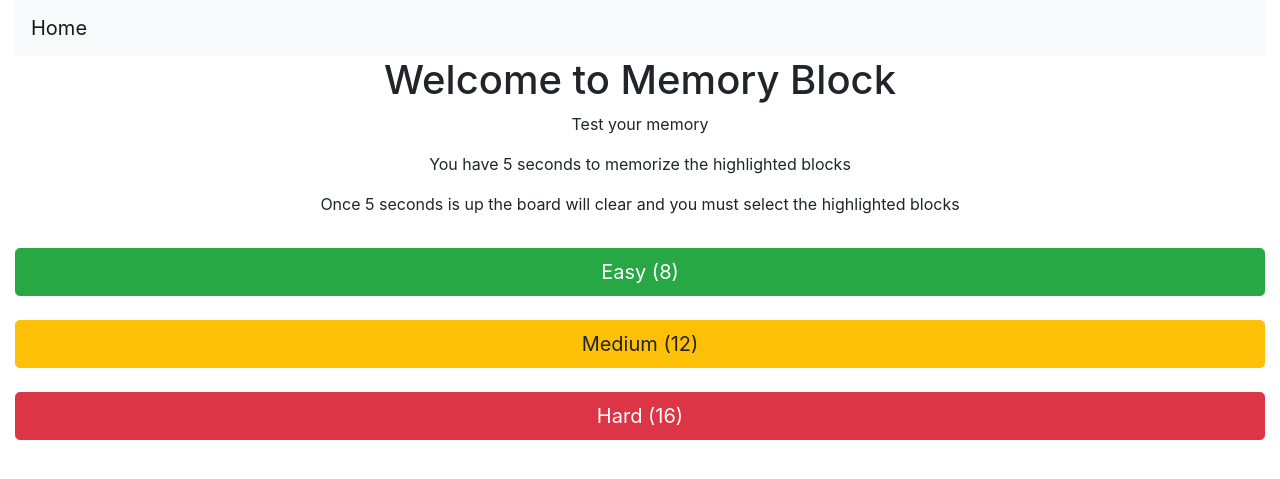
Repository: chrisrees85/memory-block
Page: index.html
The author's editor kept a record of every edit. The page is drawn from the files as they stood at one moment, then again after the next edit.
The browser window is 1280 px wide. The pictures show the whole page.

Above is the page before.
Console error: TypeError: Cannot set properties of null (setting 'innerHTML')

After the next edit:
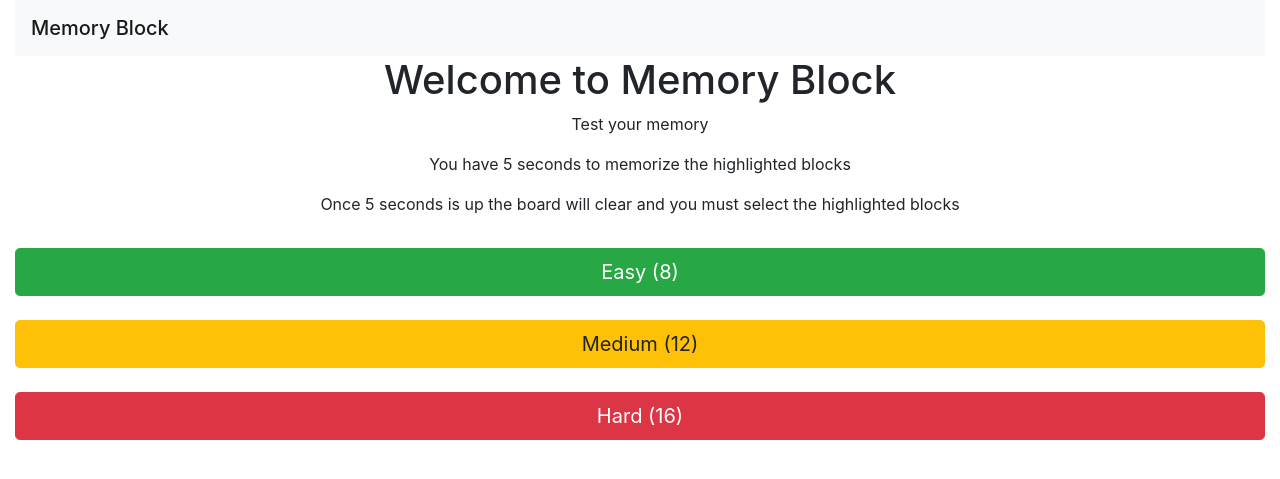
The edit:
--- a/index.html
+++ b/index.html
@@ -13,7 +13,7 @@
 <body>
     <div class="container-fluid">
         <nav class="navbar navbar-light bg-light">
-            <a class="navbar-brand" href="index.html">Home</a>
+            <span class="navbar-brand mb-0 h1">Memory Block</span>
         </nav>
 
 
